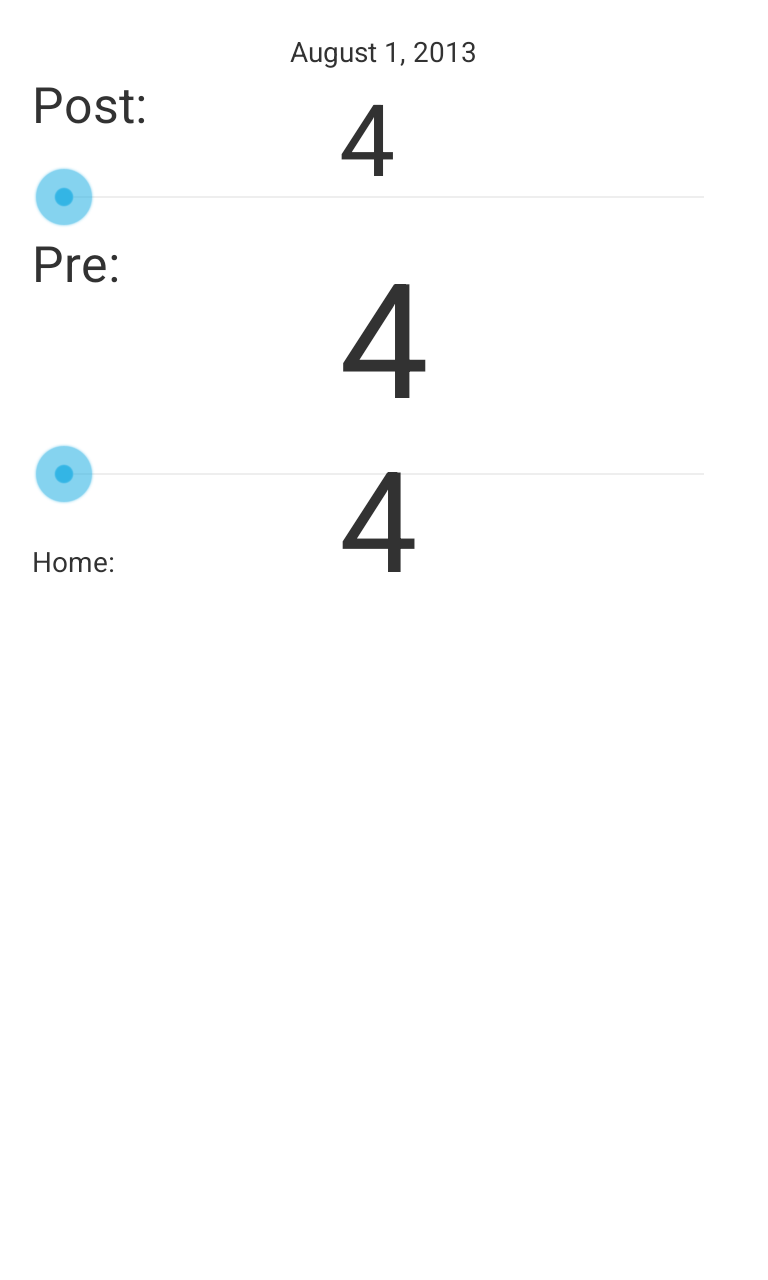
Repository: jemcphe/XCell
Layout: XCell/res/layout/phones.xml
The author's editor kept a copy of each file at every save. The layout is drawn from the files as they stood at one save, then again after the next save.
It is drawn on a 768 x 1280 px phone screen (xhdpi) without system bars, with theme Theme.Xcell; the app's code is not run.

Above is the layout before, as saved 2013-08-16 20:48:12.

After the next save:
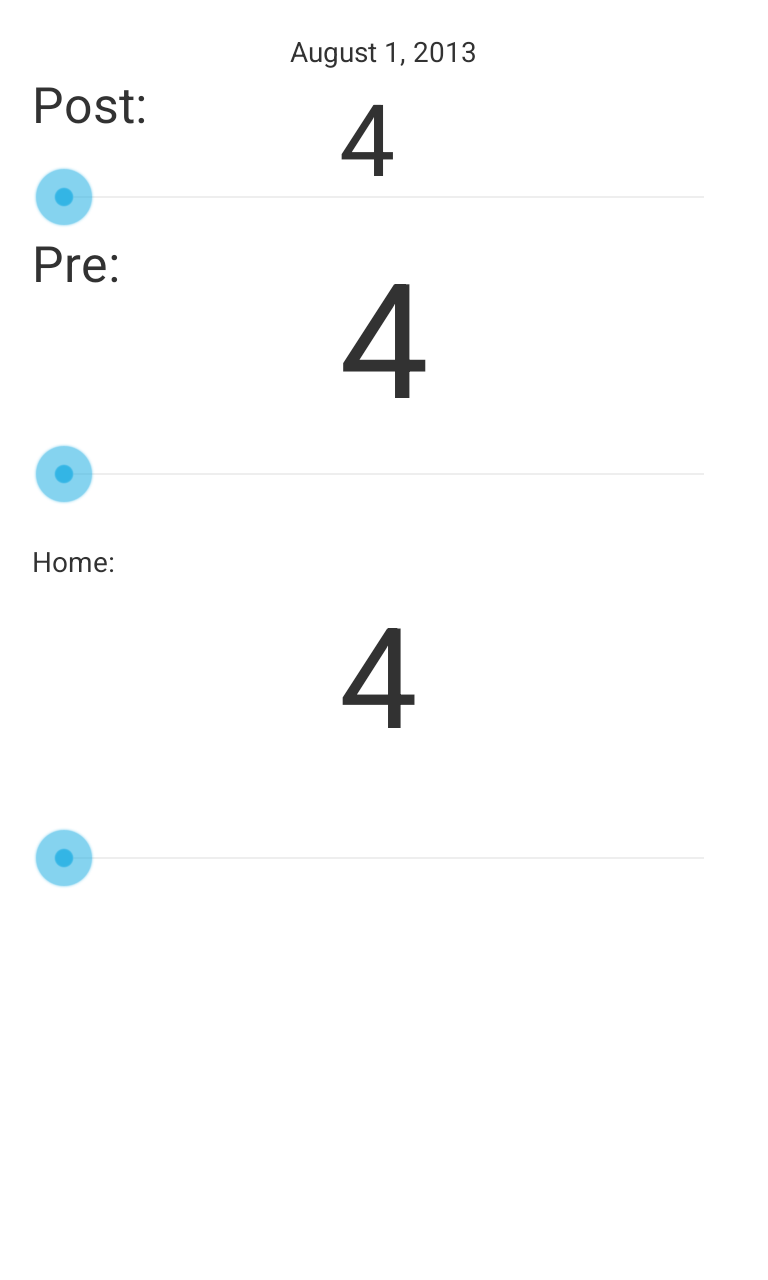
Saved 2 min 18 s later.
--- a/XCell/res/layout/phones.xml
+++ b/XCell/res/layout/phones.xml
@@ -43,7 +43,7 @@
         android:textSize="80sp" />
 
     <SeekBar
-        android:id="@+id/seekBar2"
+        android:id="@+id/preSeekBar"
         android:layout_width="match_parent"
         android:layout_height="wrap_content"
         android:layout_alignParentLeft="true"
@@ -53,8 +53,8 @@
         android:id="@+id/homeLabel"
         android:layout_width="wrap_content"
         android:layout_height="wrap_content"
-        android:layout_alignLeft="@+id/seekBar2"
-        android:layout_below="@+id/seekBar2"
+        android:layout_alignLeft="@+id/preSeekBar"
+        android:layout_below="@+id/preSeekBar"
         android:layout_marginTop="18dp"
         android:text="Home:" />
 
@@ -62,13 +62,13 @@
         android:id="@+id/preLabel"
         android:layout_width="wrap_content"
         android:layout_height="wrap_content"
-        android:layout_alignLeft="@+id/seekBar1"
-        android:layout_below="@+id/seekBar1"
+        android:layout_alignLeft="@+id/postSeekBar"
+        android:layout_below="@+id/postSeekBar"
         android:text="Pre:"
         android:textSize="25sp" />
 
     <SeekBar
-        android:id="@+id/seekBar1"
+        android:id="@+id/postSeekBar"
         android:layout_width="match_parent"
         android:layout_height="wrap_content"
         android:layout_alignLeft="@+id/postLabel"
@@ -79,10 +79,17 @@
         android:id="@+id/homeValue"
         android:layout_width="wrap_content"
         android:layout_height="wrap_content"
-        android:layout_alignBaseline="@+id/homeLabel"
-        android:layout_alignBottom="@+id/homeLabel"
         android:layout_alignLeft="@+id/preValue"
-        android:textSize="70sp"
-        android:text="4" />
+        android:layout_below="@+id/homeLabel"
+        android:text="4"
+        android:textSize="70sp" />
+
+    <SeekBar
+        android:id="@+id/homeSeekBar"
+        android:layout_width="match_parent"
+        android:layout_height="wrap_content"
+        android:layout_alignParentLeft="true"
+        android:layout_below="@+id/homeValue"
+        android:layout_marginTop="30dp" />
 
 </RelativeLayout>
